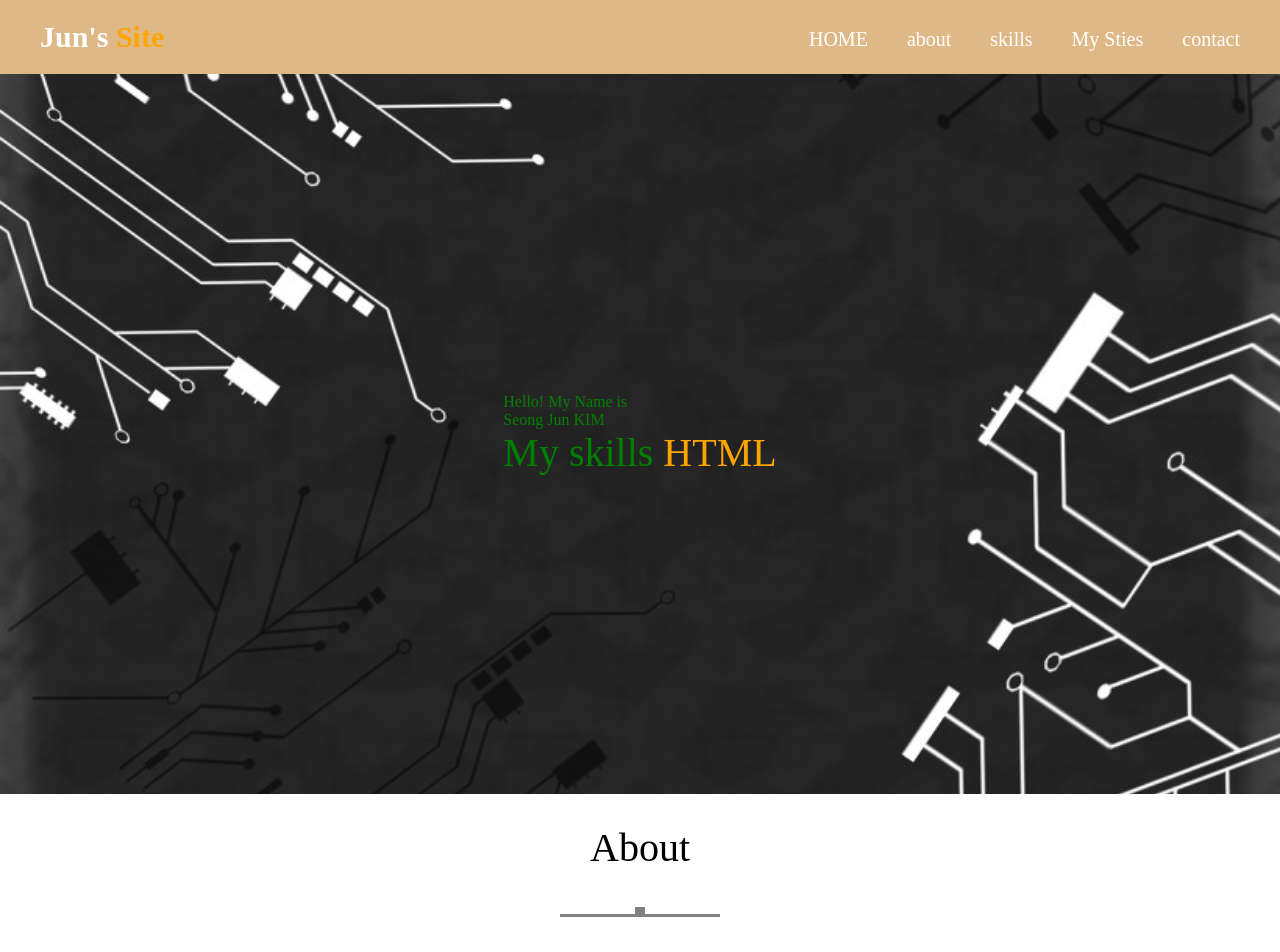
Repository: jun01270/jun
Page: index.html
The author's editor kept a copy of each file at every save. The page is drawn from the files as they stood at one save, then again after the next save.
The browser window is 1280 px wide. The pictures show the part of the page from y = 0 to 952 px (the page is 2474 px tall).
A picture or video elsewhere on the page could not be fetched, so the positions and the page height are approximate. Some web libraries are served in a nearby version.

Above is the page before, as saved 2023-05-10 11:34:49.

### index.html
<!DOCTYPE html>
<html lang="en">
  <head>
    <meta charset="UTF-8" />
    <meta http-equiv="X-UA-Compatible" content="IE=edge" />
    <meta name="viewport" content="width=device-width, initial-scale=1.0" />
    <link rel="stylesheet" href="./css/style.css" />
    <link rel="stylesheet" href="./css/home.css" />
    <script
      src="https://kit.fontawesome.com/252eac6dbf.js"
      crossorigin="anonymous"
    ></script>
    <title>Jun's site</title>
  </head>
  <body>
    <nav class="navbar">
      <div class="max-width">
        <div class="logo">
          <a href="#home">Jun's <span>Site</span></a>
        </div>
        <ul class="menu-bar">
          <li><a href="#home" class="menu-btn" id="homeID">HOME</a></li>
          <li><a href="#about" class="menu-btn" id="homeID">about</a></li>
          <li><a href="#skills" class="menu-btn">skills</a></li>
          <li><a href="#my-sites" class="menu-btn">My Sties</a></li>
          <li><a href="#contact" class="menu-btn">contact</a></li>
        </ul>
      </div>
    </nav>

    <!--home섹션-->
    <section class="home" id="home">
      <div class="max-width">
        <div class="home-section">
          <div class="text-1">Hello! My Name is</div>
          <div class="text-2">Seong Jun KIM</div>
          <div class="text-3">My skills <span class="typing1">HTML</span></div>
        </div>
      </div>
    </section>

    <!--about섹션-->
    <section class="about">
      <div class="max-width">
        <h2 class="title">About</h2>
        <div class="about-content">
          <div class="left-column"></div>
          <div class="right-column">
            <div class="about-text">I'm Seong Jun KIM</div>
            <div class="about-skills">
              My skills <span class="typing2">HTML</span>
            </div>
            <p>
              안녕하세요 프론트엔드 개발자를 꿈꾸는 주니어 개발자 김성준입니다.
            </p>
          </div>
        </div>
      </div>
    </section>

    <!--skills섹션-->
    <section class="skills">
      <div class="max-width">
        <h2 class="title">My Skills</h2>
        <div class="skills-content">
          <div class="left-column">
            <div class="skills-text">
              <div class="sub-title">My skills & Experience</div>
              <p>HTML, Css, js , react를 다루고 있습니다.</p>
            </div>
          </div>
          <div class="rigth-column">
            <div class="bars">
              <div class="bars-content">
                <span>HTML</span>
                <span>90%</span>
              </div>
              <div class="line-html"></div>
            </div>
            <div class="bars">
              <div class="bars-content">
                <span>Css</span>
                <span>80%</span>
              </div>
              <div class="line-css"></div>
            </div>
            <div class="bars">
              <div class="bars-content">
                <span>JS</span>
                <span>80%</span>
              </div>
              <div class="line-js"></div>
            </div>
            <div class="bars">
              <div class="bars-content">
                <span>React</span>
                <span>80%</span>
              </div>
              <div class="line-react"></div>
            </div>
          </div>
        </div>
      </div>
    </section>

    <!--My sties섹션-->
    <section class="my-sites">
      <div class="max-width">
        <h2 class="title">My Sites</h2>
        <div class="my-sites-content">
          <div class="left-column">
            <a href="https://web-jun.tistory.com/" target="_blank">
              <div class="site">
                <div class="site-images">
                  <img src="/img/blog.jpg" alt="" />
                  <div class="site-text">BLOG</div>
                  <p>개발하는 블로그입니다.</p>
                </div>
              </div>
            </a>
          </div>
          <div class="right-column">
            <a href="https://github.com/jun01270" target="_blank">
              <div class="site">
                <div class="site-images">
                  <img src="/img/github.jpg" alt="" />
                  <div class="site-text">BLOG</div>
                  <p>깃허브 사이트입니다.</p>
                </div>
              </div>
            </a>
          </div>
        </div>
      </div>
    </section>

    <!--Contact 섹션-->
    <section class="contact">
      <div class="max-width">
        <h2 class="title">Contact me</h2>
        <div class="contact-content">
          <div class="left-column">
            <div class="contact-text">My information</div>
            <p>
              동양미래대학교 컴퓨터소프트웨어공학과를 졸업하여 프론트엔드
              개발자가 되고싶은 주니어 개발자입니다.
            </p>
            <div class="icons-content">
              <i class="fas fa-user"></i>
              <div class="info">
                <div class="head">Name</div>
                <div class="tail">Seong Jun KIM</div>
              </div>
            </div>
            <div class="icons-content">
              <i class="fas fa-envelope"></i>
              <div class="info">
                <div class="head">E-mail</div>
                <div class="tail">kimsj012731@gmail.com</div>
              </div>
            </div>
            <div class="icons-content">
              <i class="fas fa-map-marked-alt"></i>
              <div class="info">
                <div class="head">Address</div>
                <div class="tail">경기도 광명시</div>
              </div>
            </div>
          </div>
          <div class="right-column">
            <div class="contact-text">Message Me!</div>
            <form action="#">
              <div class="fields">
                <div class="fields name">
                  <input type="text" placeholder="Name" />
                </div>
                <div class="fields Email">
                  <input type="email" placeholder="E-mail" />
                </div>
              </div>
              <div class="fields subject">
                <input type="text" placeholder="Subject" />
              </div>
              <div class="fields contact-area">
                <textarea
                  cols="30"
                  rows="10"
                  placeholder="Contact.. "
                  required
                ></textarea>
              </div>
              <div class="button">
                <button type="submit">Send Message</button>
              </div>
            </form>
          </div>
        </div>
      </div>
    </section>

    <!--Footer섹션-->
    <footer></footer>

    <!--JS섹션-->
  </body>
</html>

### css/style.css
@import url("https://fonts.googleapis.com/css2?family=Lora&display=swap");

* {
  margin: 0;
  padding: 0;
  box-sizing: border-box;
  text-decoration: none;
}

html {
  scroll-behavior: smooth;
}

.home .about .skills .my-sites .contact {
  padding-top: 86px;
}

.max-width {
  max-width: 1300px;
  padding: 0 20px;
  margin: auto;
}

.section {
  padding: 100px 0;
}

/* .about, .skills, .my-sites, .contact, .footer{
    //폰트삽입
} */

.title {
  position: relative;
  text-align: center;
  font-size: 40px;
  font-weight: 500;
  margin: 30px 0 100px 0;
  padding-bottom: 8px;
}

.title::before {
  content: "";
  position: absolute;
  bottom: -38px;
  left: 50%;
  width: 160px;
  height: 3px;
  background-color: gray;
  transform: translateX(-50%);
}

.title::after {
  content: "";
  position: absolute;
  bottom: -38px;
  left: 50%;
  font-size: 20px;
  color: rgb(255, 164, 45);
  padding: 5px;
  background-color: gray;
  transform: translateX(-50%);
}

.about .about-content,
.skills .skills-content,
.my-sites .my-sites-content,
.contact .contact-content {
  display: flex;
  align-items: center;
  flex-wrap: wrap;
  justify-content: space-between;
}

.navbar {
  position: relative;
  width: 100%;
  padding: 20px 0;
  z-index: 999;
  transition: all 0.3s ease;
  background-color: burlywood;
}

.navbar .max-width {
  display: flex;
  align-items: center;
  justify-content: space-between;
}

.navbar .logo {
  font-size: 30px;
  font-weight: 600;
  margin-left: 20px;
  color: black;
}

.navbar .logo a {
  color: white;
  text-decoration: none;
}

.navbar .logo a span {
  color: orange;
  transition: all 0.3s ease;
}

.navbar .menu-bar li {
  list-style: none;
  margin: 5px 20px 0 0;
  display: inline-block;
}

.navbar .menu-bar li a {
  display: block;
  text-decoration: none;
  font-size: 20px;
  font-weight: 500;
  margin-left: 15px;
  transition: all 0.3s ease;
}

.menu-bar li:hover {
  background-color: orange;
  border-radius: 3px;
}

.navbar.sticky {
  padding: 20px 0;
  background-color: black;
}

.navbar.sticky .logo a span {
  color: white;
}

.navbar.sticky .menu-bar li a:hover {
  color: white;
}

.navbar .menu-btn {
  color: white;
  font-size: 25px;
  display: none;
  cursor: pointer;
}

@media screen and (max-width: 700px) {
  .navbar {
    flex-direction: column;
    align-items: flex-start;
    margin: 0;
  }

  .menu-bar {
    flex-direction: column;
    align-items: center;
    width: 100%;
  }

  .menu-bar li {
    width: 100%;
    text-align: center;
  }
}

### css/home.css
.home {
  display: flex;
  height: 100vh;
  min-height: 500px;
  color: green;
  background: url("../img/back.jpg") no-repeat center;
  background-size: cover;
}

.home max-width {
  margin: auto 0 auto 40px;
}

.home .home-section .text1 {
  font-size: 30px;
}

.home .home-section .text2 {
  font-size: 75px;
  font-weight: 600;
}

.home .home-section .text-3 {
  font-size: 40px;
}

.home .home-section .text-3 span {
  color: orange;
  font-weight: 500;
}

After the next save:
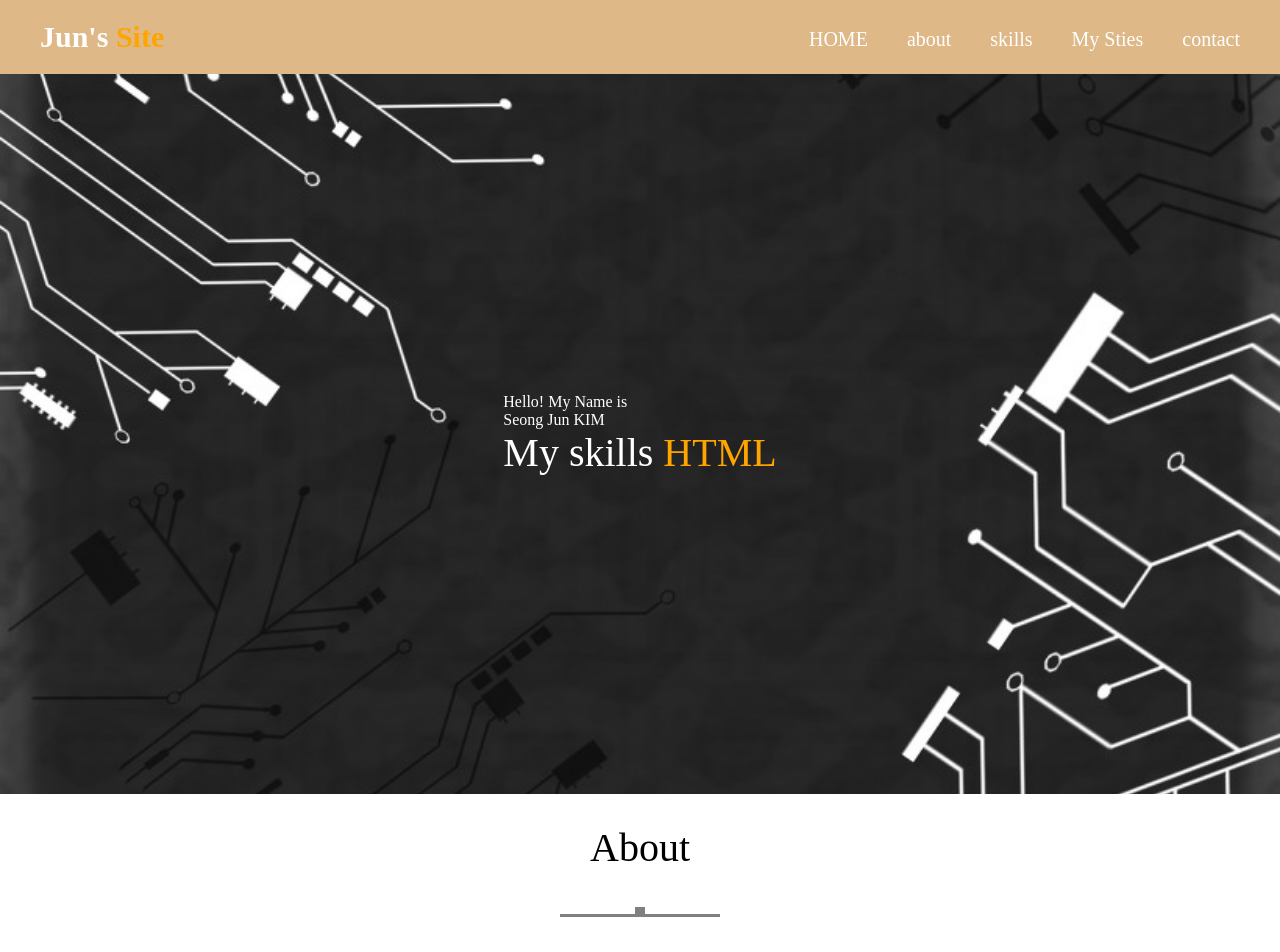
Saved 48 min 12 s later.
--- a/css/home.css
+++ b/css/home.css
@@ -2,7 +2,7 @@
   display: flex;
   height: 100vh;
   min-height: 500px;
-  color: green;
+  color: white;
   background: url("../img/back.jpg") no-repeat center;
   background-size: cover;
 }
